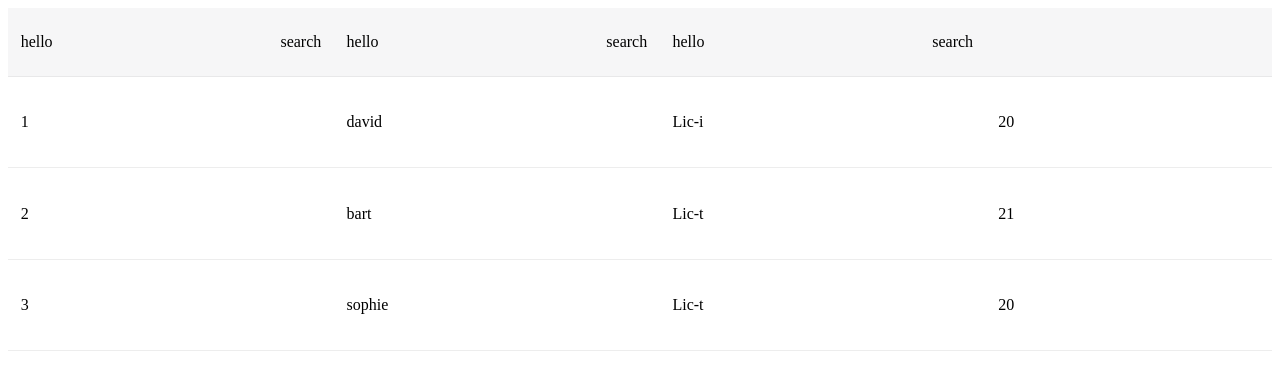
Repository: mrDav90/simple-htmlTable-generator
Page: index.html
An editor plug-in stored every save of this project. The page is shown before and after the next save, followed by the edit.
The browser window is 1280 px wide. The pictures show the whole page.

Above is the page before, as saved 2022-08-09 15:07:13.

After the next save:
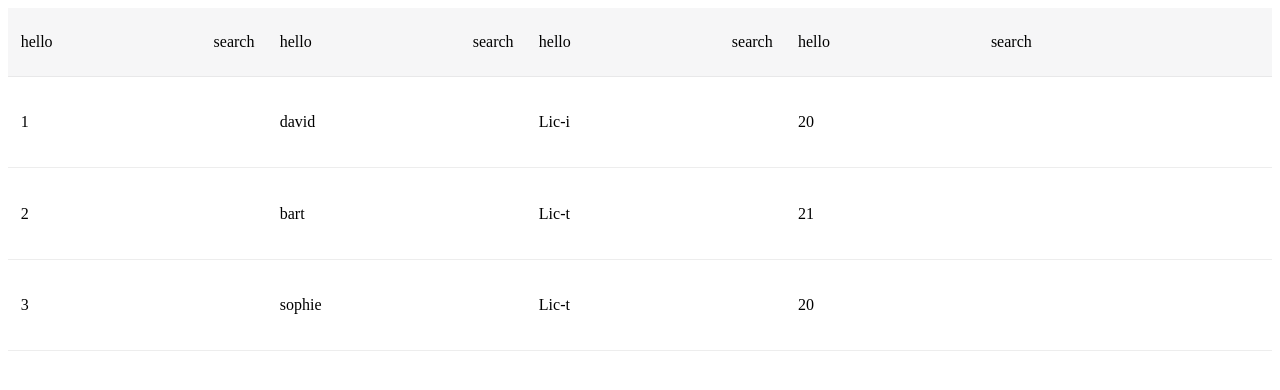
Saved 52 s later.
--- a/index.html
+++ b/index.html
@@ -121,7 +121,7 @@
 
             ninjavidTable({
                 rowCount : theData.length ,
-                columnCount : 4 ,
+                columnCount : 5 ,
                 data : theData ,
                 columnOptions : true
             });

After the save that followed:
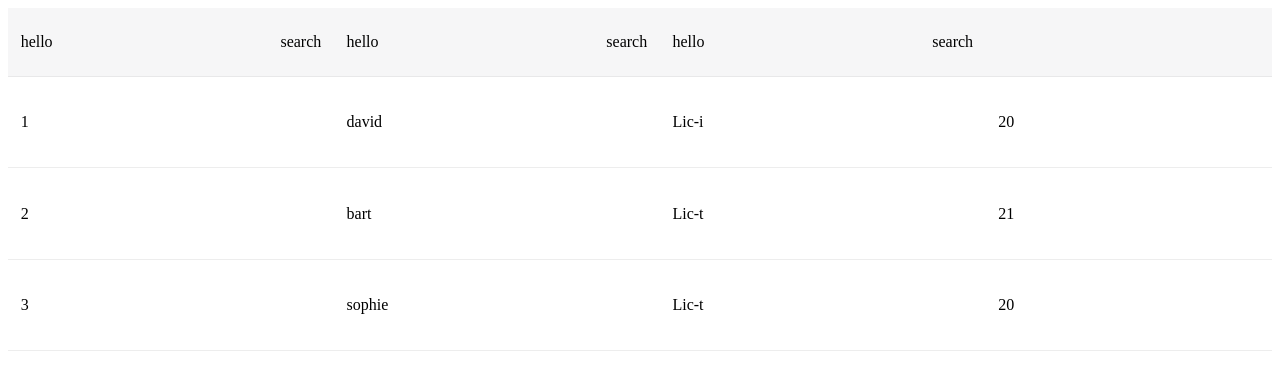
Saved 28 s later.
--- a/index.html
+++ b/index.html
@@ -121,7 +121,7 @@
 
             ninjavidTable({
                 rowCount : theData.length ,
-                columnCount : 5 ,
+                columnCount : 4 ,
                 data : theData ,
                 columnOptions : true
             });
